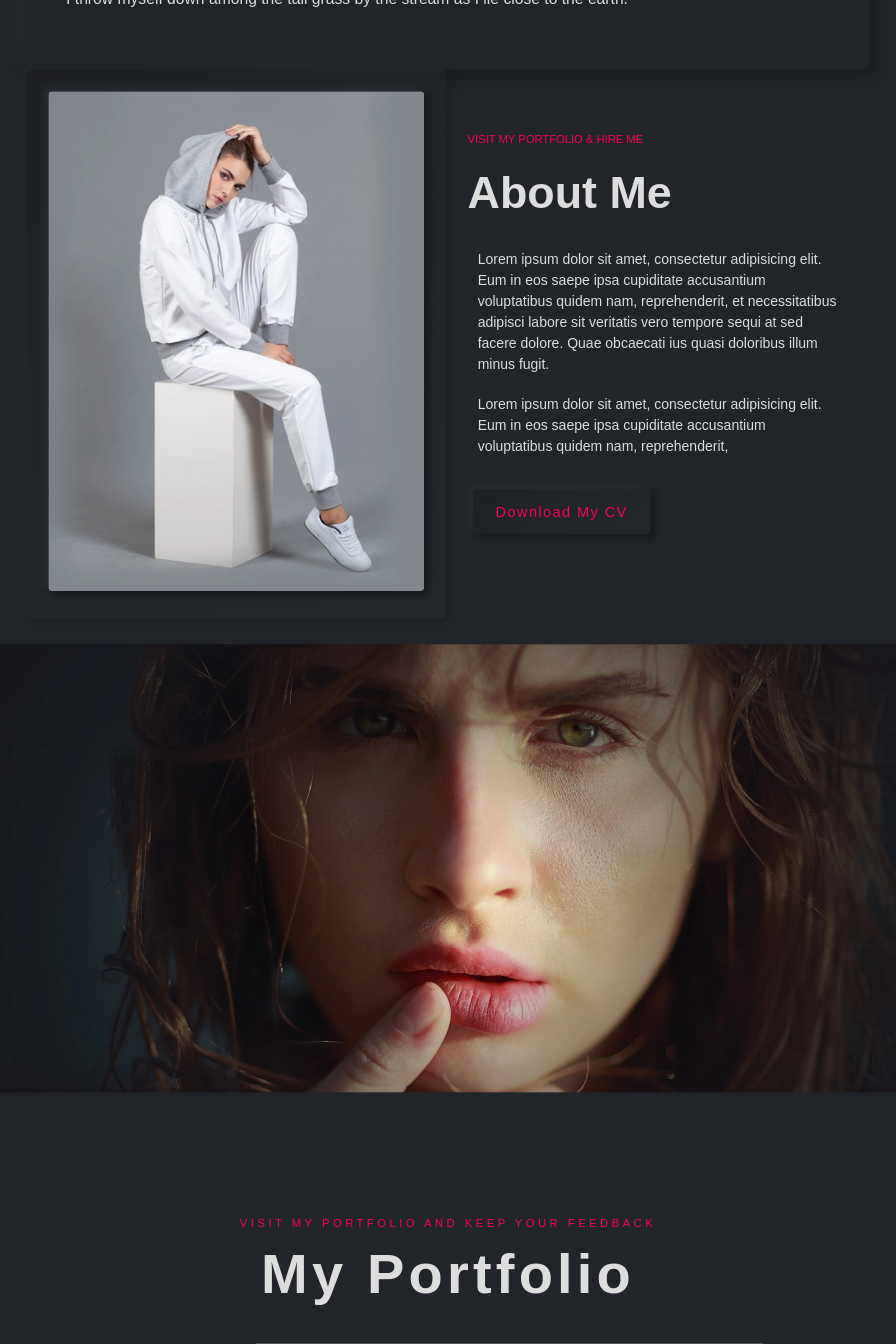
Repository: arminprogramme/inbio
Page: /
An editor plug-in stored every save of this project. The page is shown before and after the next save, followed by the edit.
The browser window is 1280 px wide. The pictures show the part of the page from y = 1808 to 3728 px (the page is 3728 px tall), at 70% of full size.
Backgrounds fixed to the window are drawn as part of the page. Some web libraries are served in a nearby version. The project was rebuilt for these pictures with package versions that can differ from the ones it lists, and the page was loaded fresh each time. Also part of the build but not shown: vite.config.js.

Above is the page before, as saved 2023-10-20 04:55:19.

After the next save:
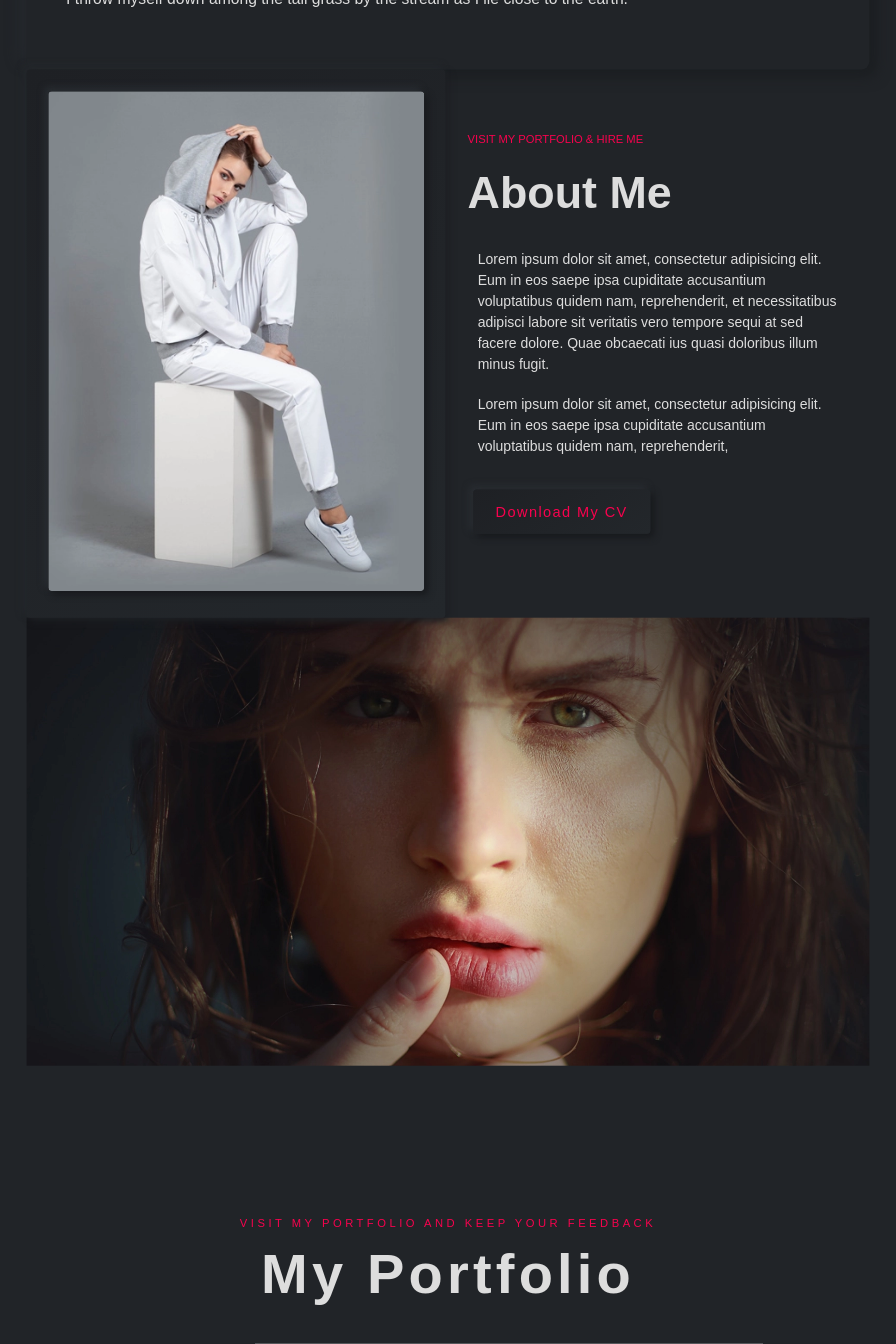
Saved 53 s later.
--- a/src/Component/Body/Body.jsx
+++ b/src/Component/Body/Body.jsx
@@ -11,9 +11,10 @@
                 <div className="limit-width">
                     <Services/>
                     <About/>
+                    <div className="girl-bg">
                 </div>
-                <div className="girl-bg">
                 </div>
+
                 <div className="limit-width">
                     <PortFolio />
                 </div>

After the save that followed:
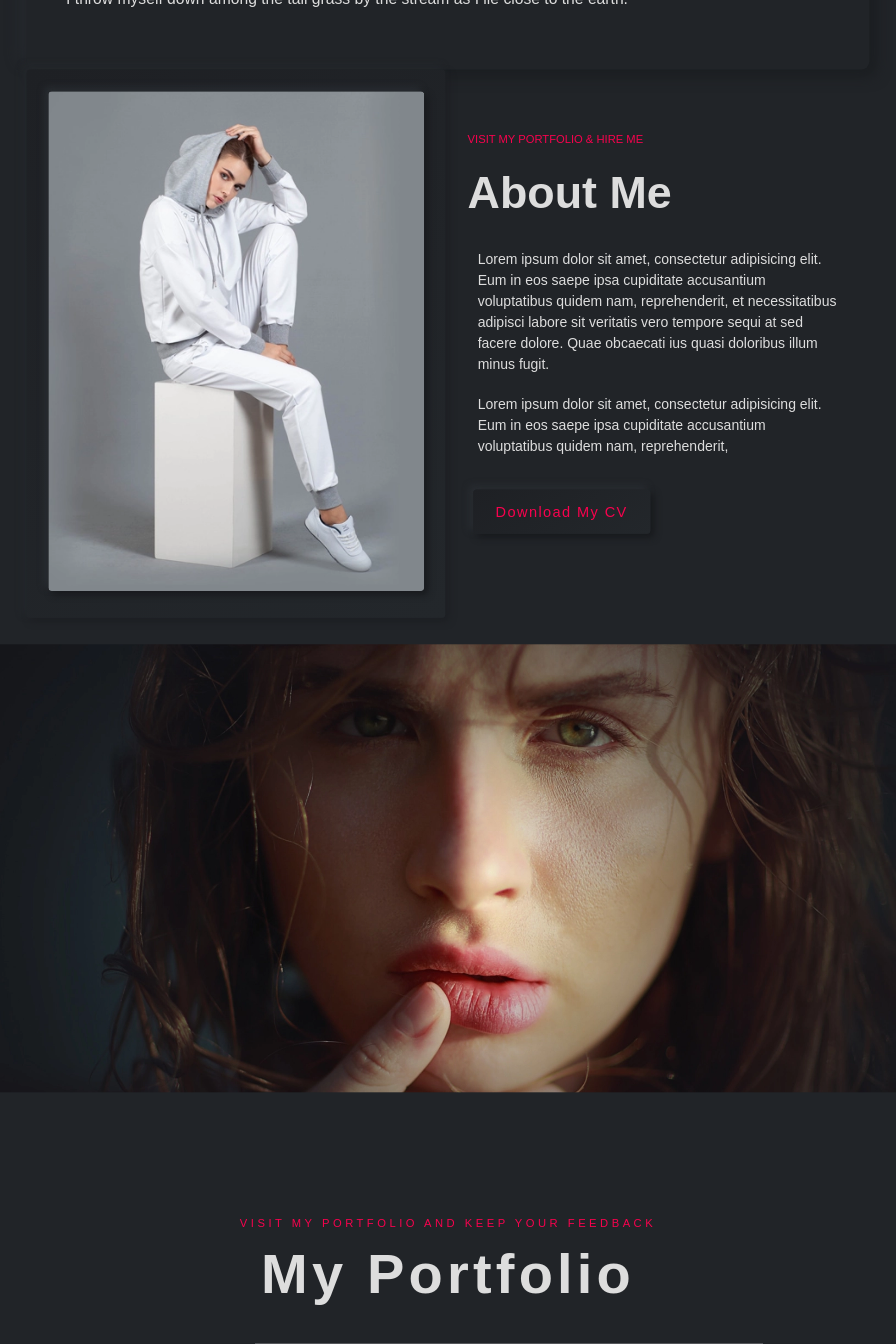
Saved 60 s later.
--- a/src/Component/Body/Body.jsx
+++ b/src/Component/Body/Body.jsx
@@ -11,10 +11,9 @@
                 <div className="limit-width">
                     <Services/>
                     <About/>
-                    <div className="girl-bg">
                 </div>
+                <div className="girl-bg">
                 </div>
-
                 <div className="limit-width">
                     <PortFolio />
                 </div>
